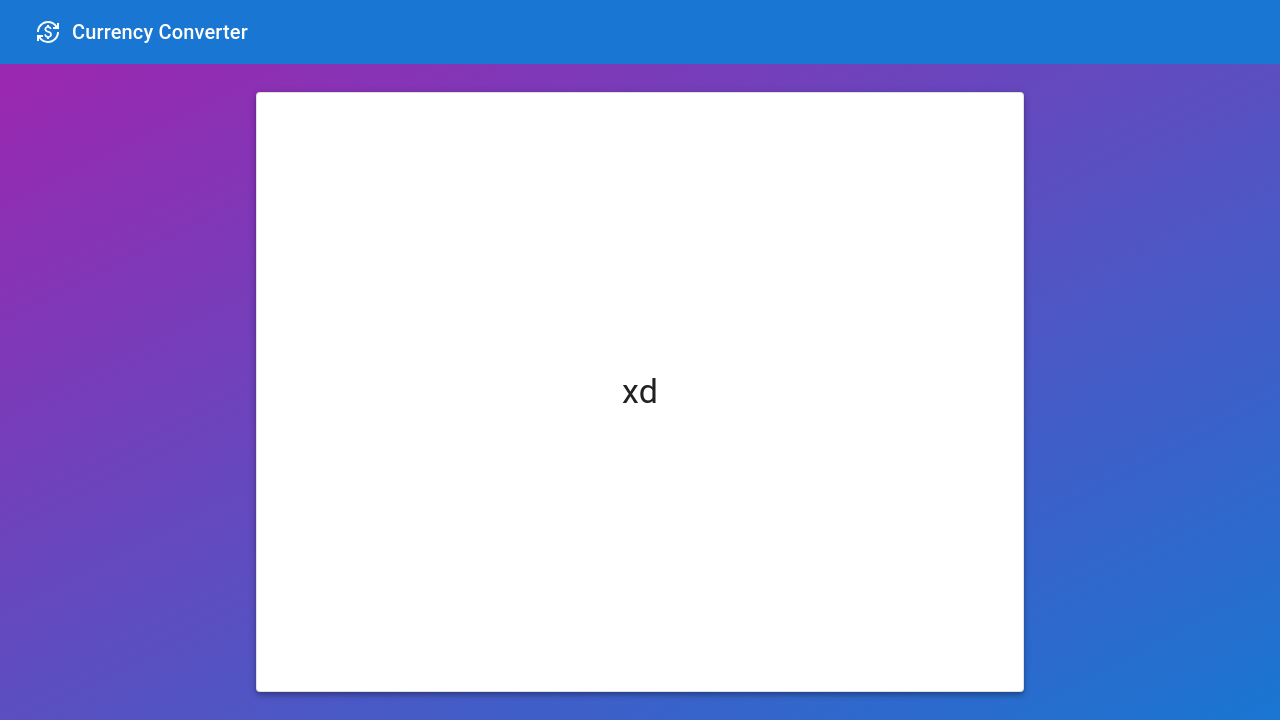
Repository: rutsguifd/currency-converter
Page: /
The author's editor kept a copy of each file at every save. The page is drawn from the files as they stood at one save, then again after the next save.
The browser window is 1280 px wide. The pictures show the whole page.
The project was rebuilt for these pictures with package versions that can differ from the ones it lists, and the page was loaded fresh each time. Also part of the build but not shown: src/components/ErrorBoundary.jsx.

Above is the page before, as saved 2023-03-27 23:47:50.

After the next save:
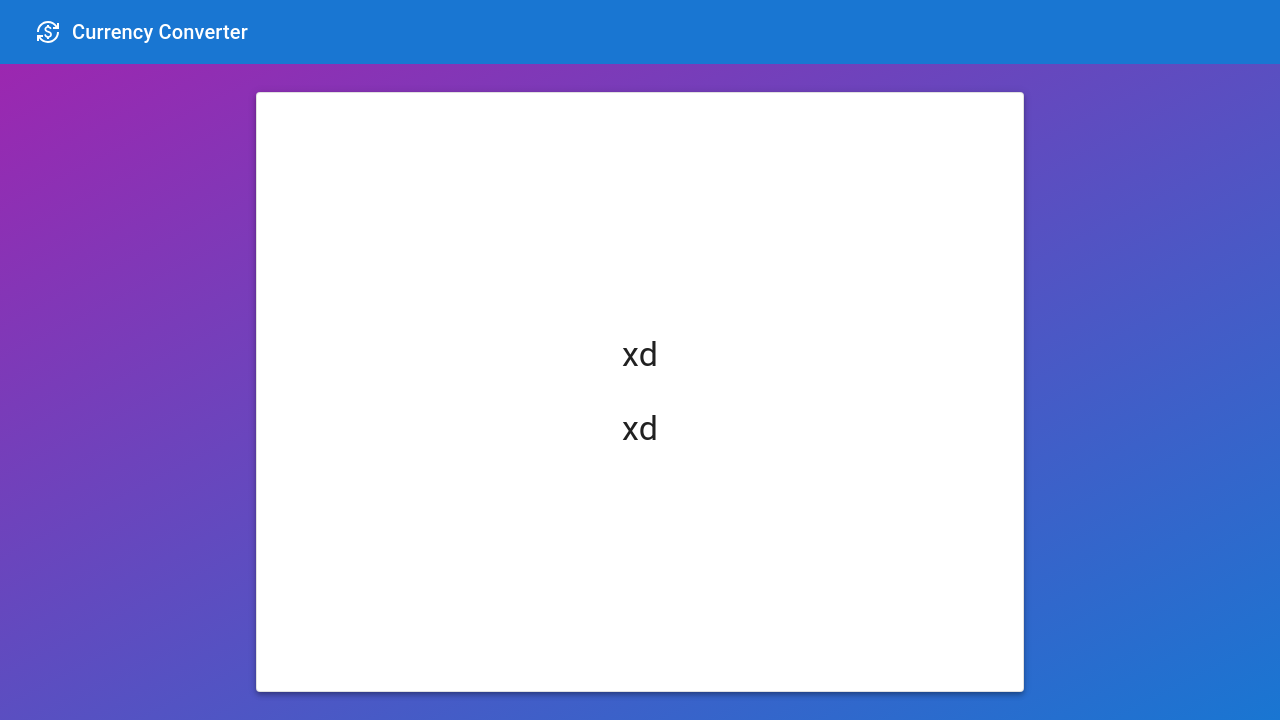
Saved 9 s later.
--- a/src/components/Convert.jsx
+++ b/src/components/Convert.jsx
@@ -20,6 +20,7 @@ const Convert = () => {
       }}
     >
       <Typography variant="h4">xd</Typography>
+      <Typography variant="h4">xd</Typography>
     </Paper>
   );
 };
